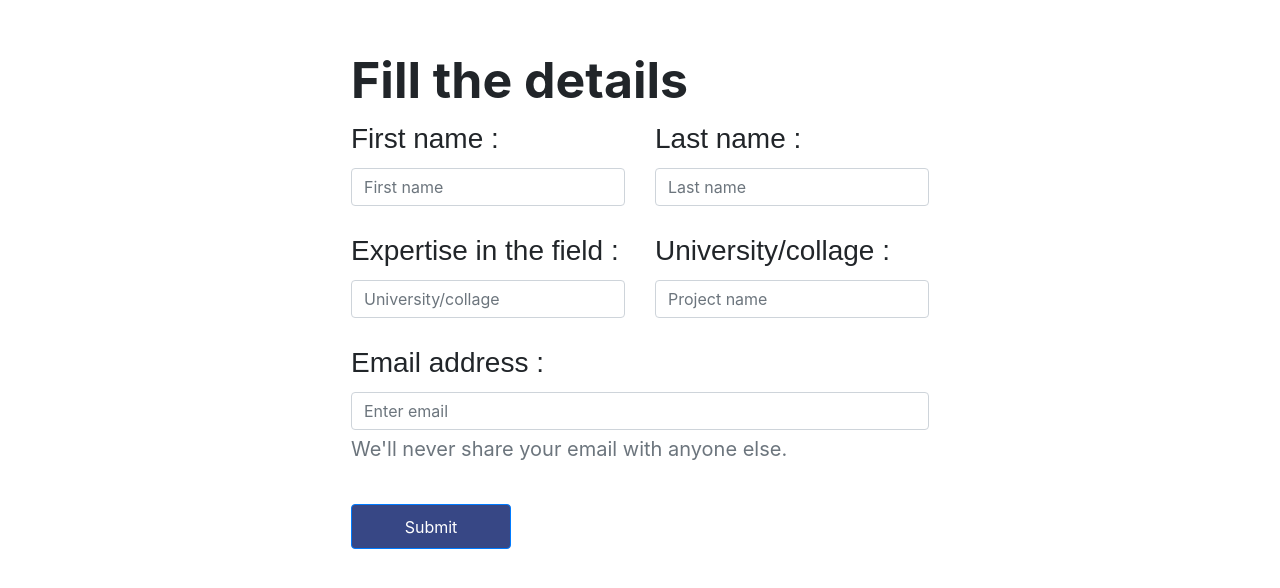
Repository: Sanskriti002/collaborate
Page: form.html
The author's editor kept a copy of each file at every save. The page is drawn from the files as they stood at one save, then again after a run of saves.
The browser window is 1280 px wide. The pictures show the whole page.

Above is the page before, as saved 2023-09-21 21:42:53.

### form.html
<!DOCTYPE html>
<html lang="en">
<head>
    <meta charset="UTF-8">
    <meta name="viewport" content="width=device-width, initial-scale=1.0">
    <meta http-equiv="X-UA-Compatible" content="ie=edge">
    <link rel="stylesheet" href="https://stackpath.bootstrapcdn.com/bootstrap/4.1.1/css/bootstrap.min.css" integrity="sha384-WskhaSGFgHYWDcbwN70/dfYBj47jz9qbsMId/iRN3ewGhXQFZCSftd1LZCfmhktB"
        crossorigin="anonymous">
        <link href="form.css" rel="stylesheet">
    <title>Fill up the form</title>
</head>
<body>
    <form>
        <h3>Fill the details</h3>
        <div class="row">
          <div class="col">
            <label>First name :</label>
            <input type="text" class="form-control" placeholder="First name">
          </div>
          <div class="col">
            <label>Last name :</label>
            <input type="text" class="form-control" placeholder="Last name">
          </div>
        </div>
        <br>
        <div class="row">
            <div class="col">
              <label>Expertise in the field :</label>
              <input type="text" class="form-control" placeholder="University/collage">
            </div>
            <div class="col">
              <label>University/collage :</label>
              <input type="text" class="form-control" placeholder="Project name">
            </div>
          </div>
        <br>
        <div class="form-group">
            <label for="exampleInputEmail1">Email address :</label>
            <input type="email" class="form-control" id="exampleInputEmail1" aria-describedby="emailHelp" placeholder="Enter email">
            <small id="emailHelp" class="form-text text-muted">We'll never share your email with anyone else.</small>
          </div>


          <br>
          <button type="submit" id="btn" class="btn btn-primary" onclick="alert('Submitted')">Submit</button>
      </form>



</body>
</html>

### form.css
body{
    background-image:linear-gradient(,white);
    padding:0;
     justify-content: center;
    align-items: center;
    box-sizing: border-box;

}

form{
     display: inline-block;
     position: relative;
     left: 50%;
    transform: translateX(-50%);;
     top: 50px;

    }
    input{
        width:100%;
        height: 50%;
        border: 1px solid lightgray;
        border-radius: 6px;
        outline: none;
        padding: 0 15px;
        font-size: 20px;
        transition: all 0.3s ease;

 }

 label{
    font-size: 28px;
    font-weight: 300;
    font-family: 'Nunito',sans-serif;
 }
 h3{
    font-size:50px;
    font-weight: bold;
 }
 #emailHelp{
    font-size: 20px;
    color: black;
 }
 #btn{
    width:160px;
    height:45px;
    cursor:pointer;
    background-color:#374785;
 }

After the next 4 saves:
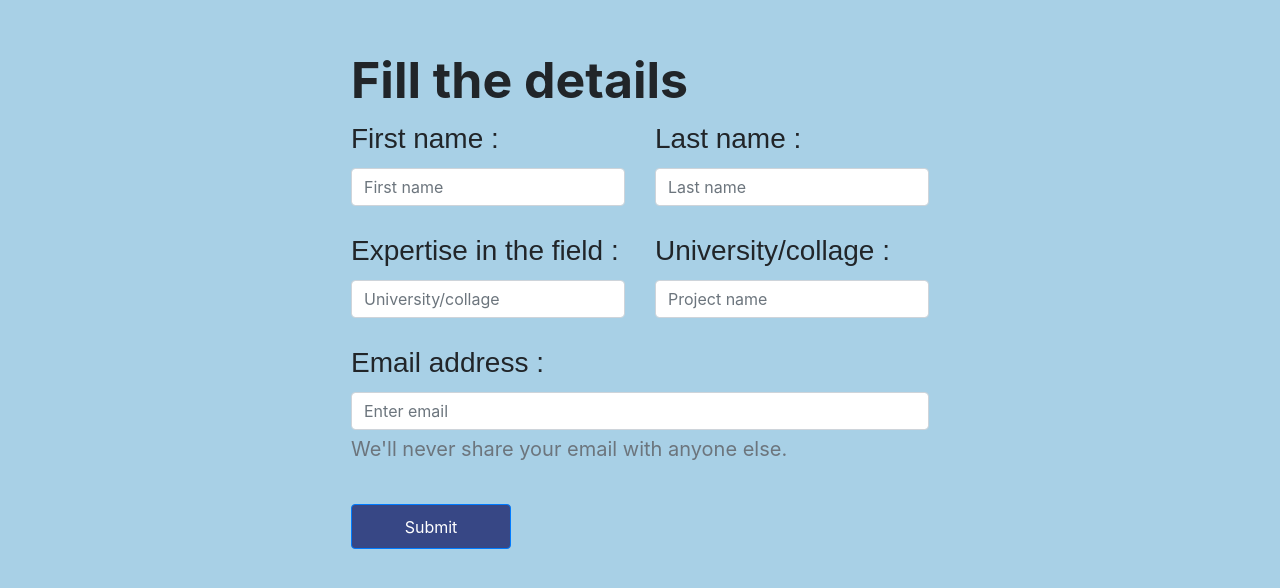
The 4 saves are shown as one change because they came seconds apart.
The last was saved 13 s later.
--- a/form.css
+++ b/form.css
@@ -1,5 +1,5 @@
 body{
-    background-image:linear-gradient(,white);
+    background-color: #a8d0e6;
     padding:0;
      justify-content: center;
     align-items: center;
